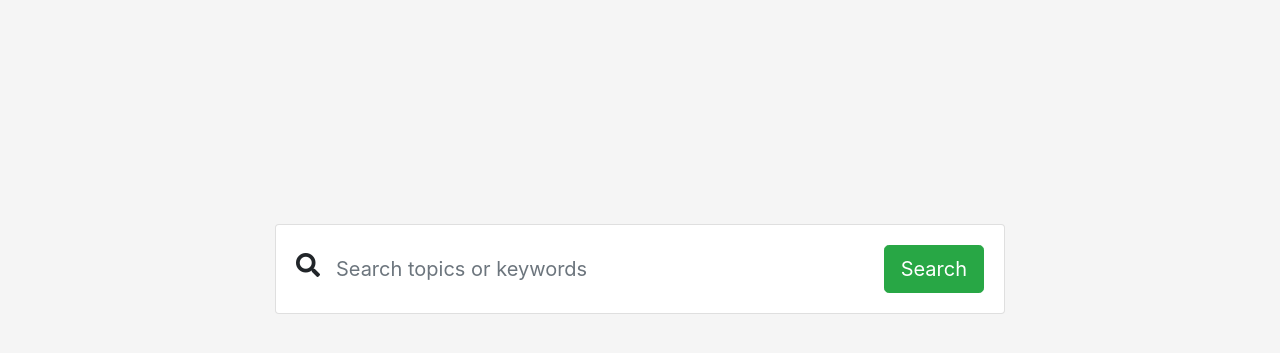
Repository: roistyx/ask-ChatGBT-travel-recommendations
Page: Backend/src/views/search.html
An editor plug-in stored every save of this project. The page is shown before and after the next save, followed by the edit.
The browser window is 1280 px wide. The pictures show the whole page.
Some web libraries are served in a nearby version.

Above is the page before, as saved 2023-03-20 12:22:59.
Console error: TypeError: Cannot read properties of undefined (reading 'fn')

After the next save:
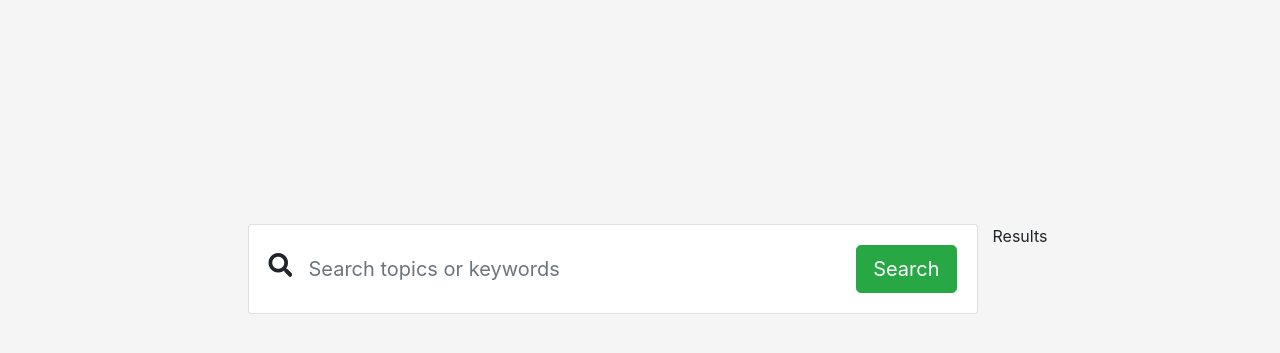
Saved 38 s later.
--- a/Backend/src/views/search.html
+++ b/Backend/src/views/search.html
@@ -37,7 +37,7 @@
                     </div>
                 </form>
             </div>
-            <!--end of col-->
+            <div>Results</div>
         </div>
     </div>
 
